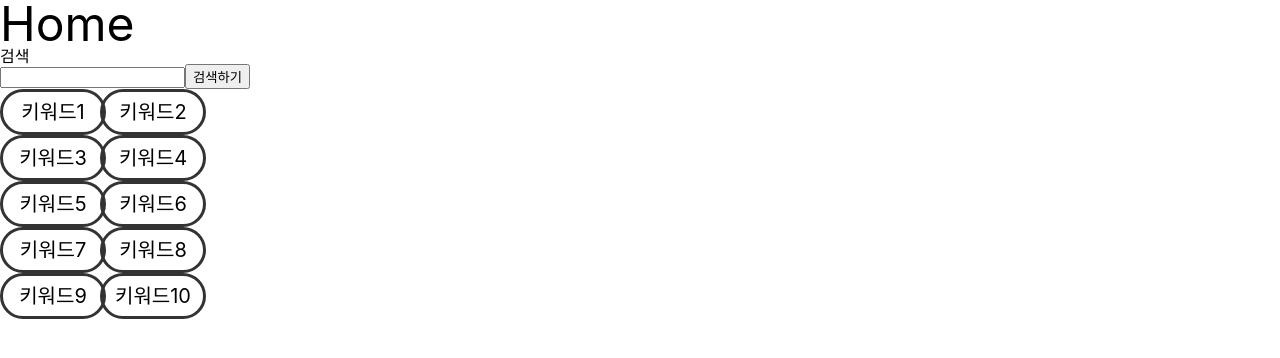
Repository: sunoo-lee/Star-Explore
Page: /
An editor plug-in stored every save of this project. The page is shown before and after the next save, followed by the edit.
The browser window is 1280 px wide. The pictures show the whole page.
The project was rebuilt for these pictures with package versions that can differ from the ones it lists, and the page was loaded fresh each time.

Above is the page before, as saved 2022-10-14 03:20:46.

After the next save:
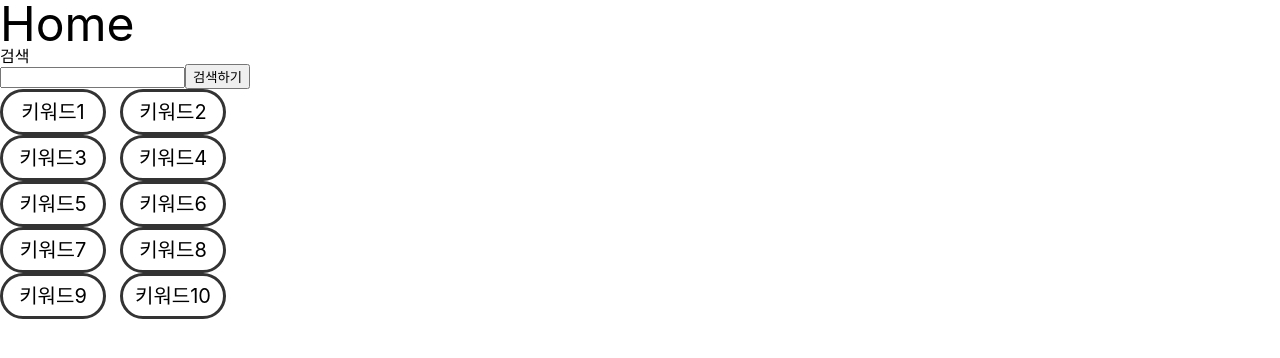
Saved 10 s later.
--- a/src/Style.css
+++ b/src/Style.css
@@ -17,7 +17,7 @@
 }
 .keyword ul {
   display: grid;
-  grid-template-columns: 100px 100px;
+  grid-template-columns: 120px 120px;
 }
 .keyword ul li {
   /* margin: 10px; */

After the save that followed:
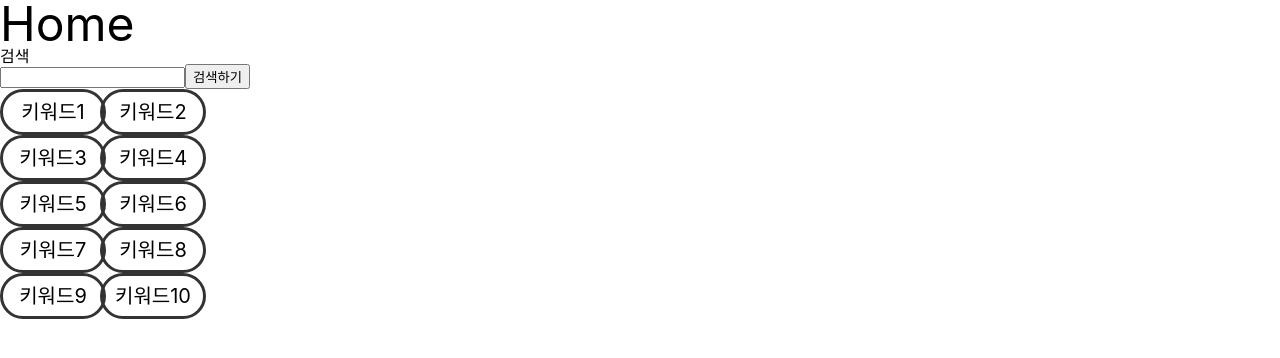
Saved 11 s later.
--- a/src/Style.css
+++ b/src/Style.css
@@ -17,7 +17,7 @@
 }
 .keyword ul {
   display: grid;
-  grid-template-columns: 120px 120px;
+  grid-template-columns: 100px 100px;
 }
 .keyword ul li {
   /* margin: 10px; */
